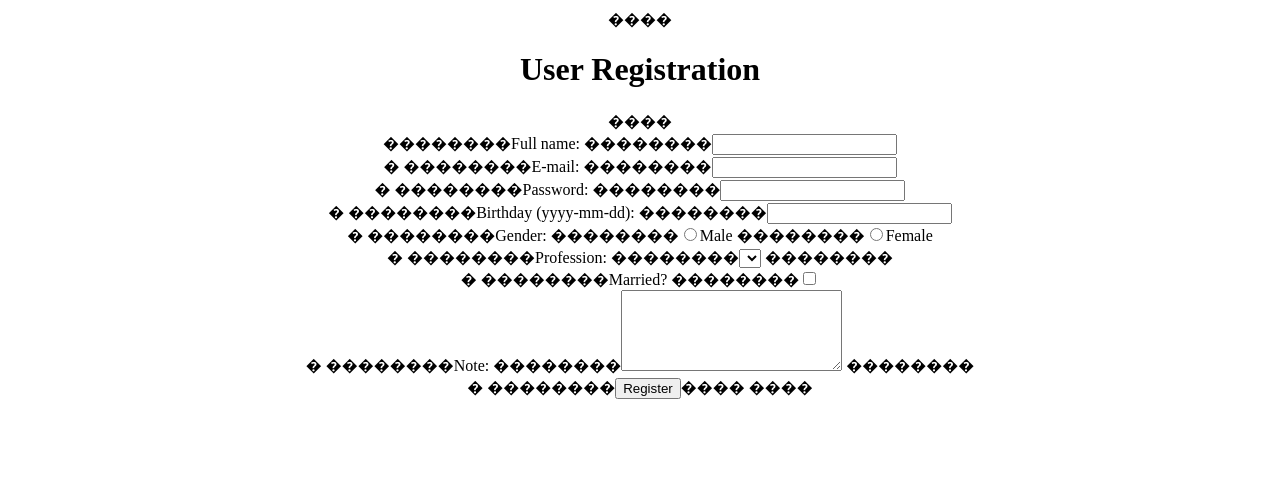
Repository: nguyenthanhnhan-st-961/GiuaKyChuyenDeWeb
Page: http://localhost/register_form
An editor plug-in stored every save of this project. The page is shown before and after the next save, followed by the edit.
The browser window is 1280 px wide. The pictures show the whole page.
The page is this project's Thymeleaf template; nobody is signed in. The template is opened directly, without the code that normally fills it, so the values that code supplies are empty.

Above is the page before, as saved 2023-04-08 04:30:54.

After the next save:
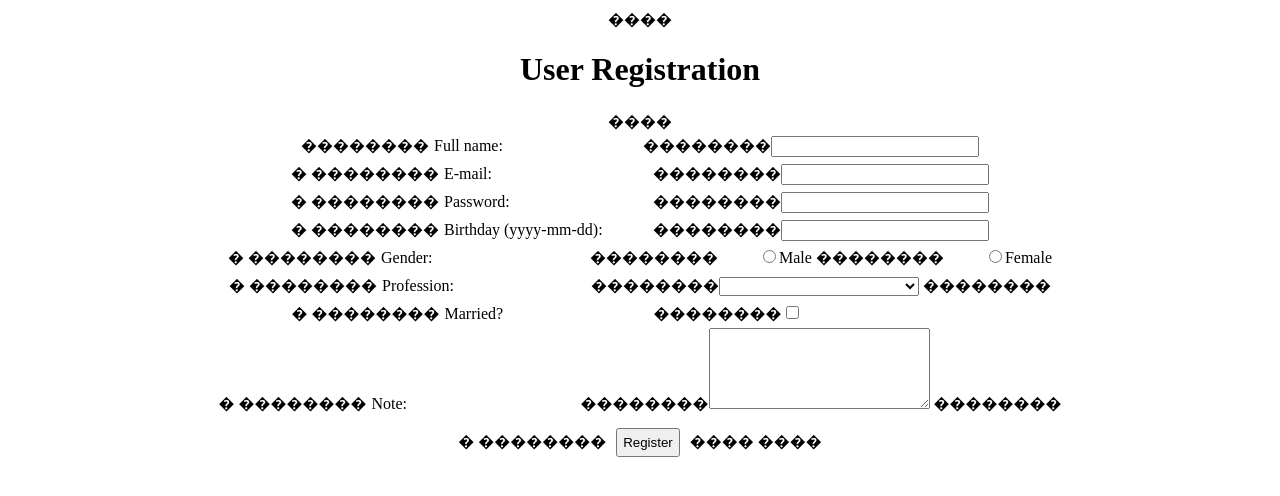
Saved 2 min 15 s later.
--- a/SpringBootFormHandling/src/main/resources/templates/register_form.html
+++ b/SpringBootFormHandling/src/main/resources/templates/register_form.html
@@ -3,6 +3,30 @@
 <head>
 <meta charset="ISO-8859-1">
 <title>User Registration</title>
+
+<style type="text/css">
+    label {
+        display: inline-block;
+        width: 200px;
+        margin: 5px;
+        text-align: left;
+    }
+    input[type=text], input[type=password], select {
+        display: inline-block;
+        width: 200px;
+    }
+    input[type=radio] {
+        margin-left: 45px;
+    }
+    input[type=checkbox] {
+        margin-right: 190px;
+    }
+    button {
+        padding: 5px;
+        margin: 10px;
+    }
+</style>
+
 </head>
 <body>
 <div align="center">
